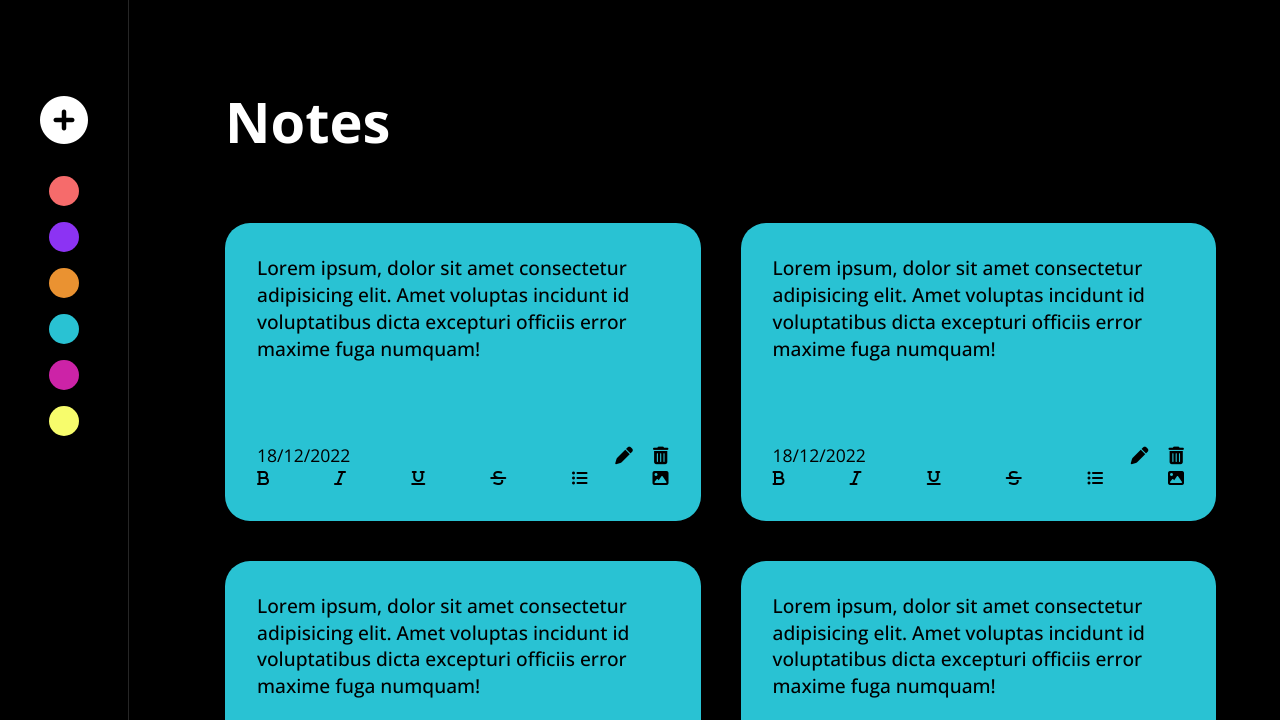
Repository: emiliaiwu/notes_app
Page: index.html
An editor plug-in stored every save of this project. The page is shown before and after a run of saves, followed by the edit.
The browser window is 1280 px wide. The pictures show the whole page.
An inner scrolling area shows only its first screen. Some web libraries are served in a nearby version.

Above is the page before, as saved 2022-12-19 23:33:51.

After the next 3 saves:
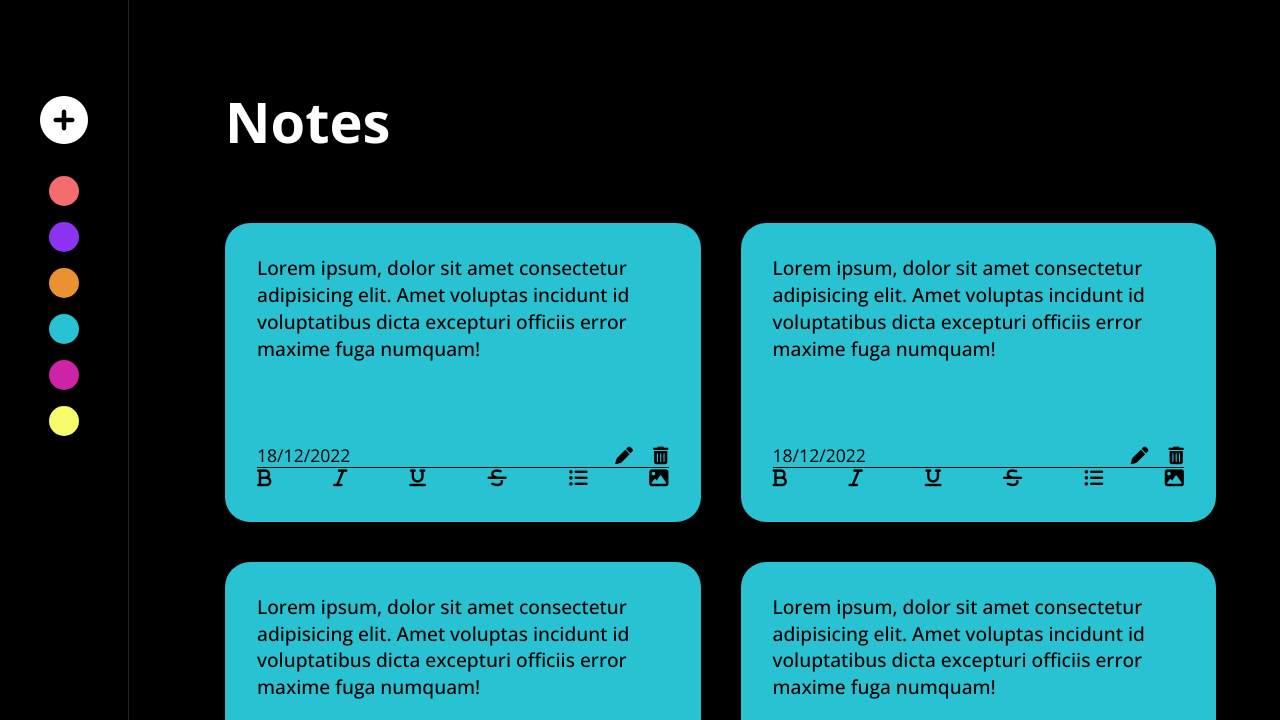
The 3 saves are shown as one change because they came seconds apart.
The last was saved 11 s later.
--- a/style.css
+++ b/style.css
@@ -132,7 +132,9 @@ small {
 
 
 
-.edit
+.edit_settings {
+    border-top: 1px solid;
+}
 
 ul li i {
     font-size: 1.2rem;
